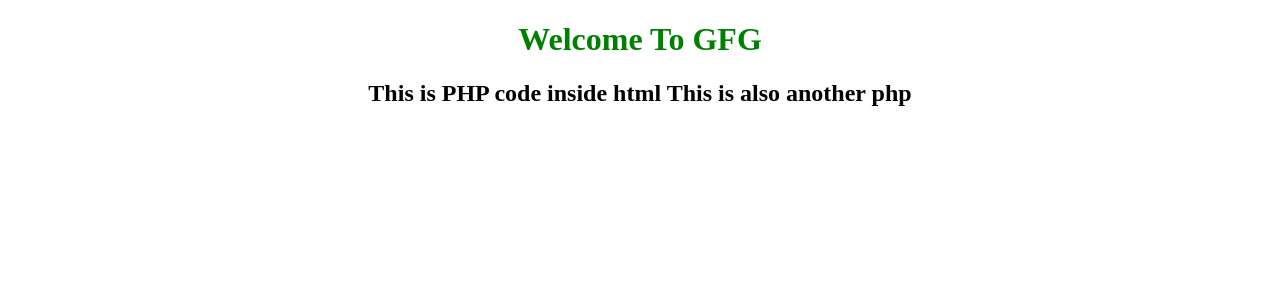
Repository: aashlinrajan/PHPprojectGH
Page: http://localhost/example1.php
These files come from the project's save history. The page is drawn as it stood at one moment and after a run of saves; the edit follows.
The browser window is 1280 px wide. The pictures show the whole page.
The page is run by PHP 8.4 with error messages shown; the project is at /var/www/html/.

Above is the page before, as saved 2022-12-14 11:00:06.

After the next 2 saves:
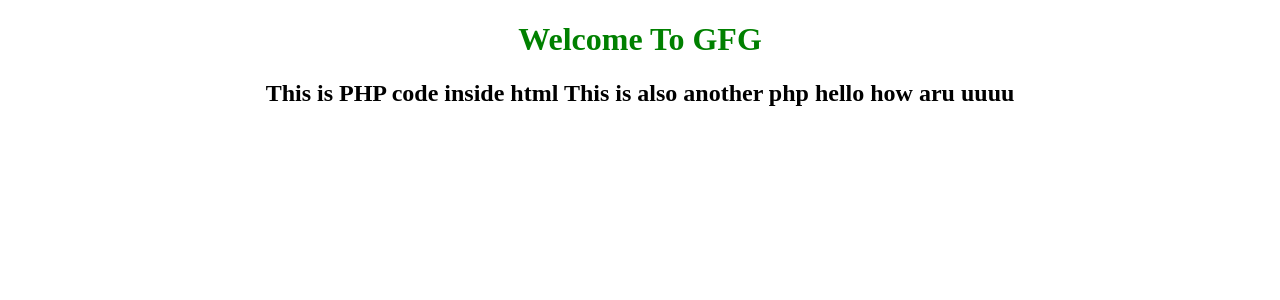
The 2 saves are shown as one change because they came seconds apart.
The last was saved 9 s later.
--- a/example1.php
+++ b/example1.php
@@ -17,7 +17,7 @@
             <?php
             echo "This is PHP code inside html";
             echo " This is also another php";
-            echo " ";
+            echo " hello how aru uuuu";
             ?>
         </h2>
     </center>
